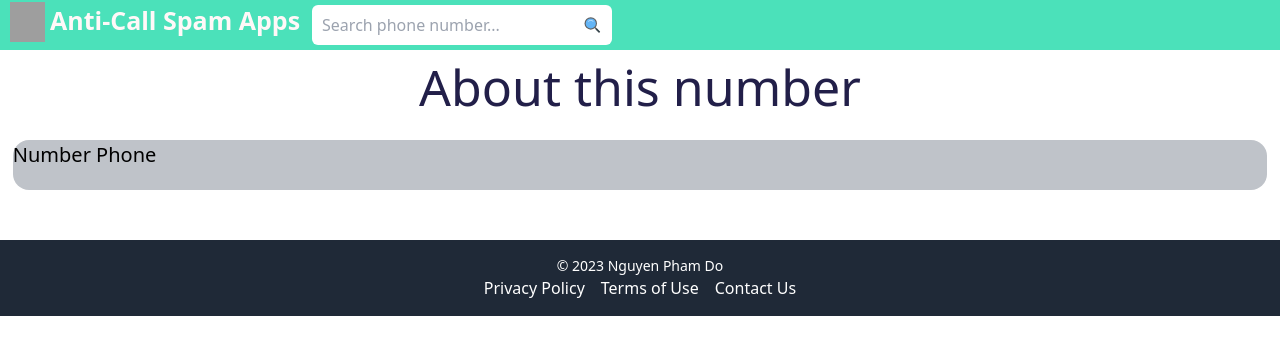
Repository: NPham1402/Web-user-callSpamBlocker
Page: /detail
These files come from the project's save history. The page is drawn as it stood at one moment and after the next save; the edit follows.
The browser window is 1280 px wide. The pictures show the whole page.
Pictures or frames that could not be fetched are drawn as grey boxes. The page's requests for data from a server got no answer. The project was rebuilt for these pictures with package versions that can differ from the ones it lists, and the page was loaded fresh each time. The framework's server and built-in components were replaced by stand-ins that run in the browser. No one was signed in, and anything a server would have sent is missing. Also part of the build but not shown: next.config.js.

Above is the page before, as saved 2023-02-11 12:49:37.

### pages/detail.js
import axios from "axios";
import Head from "next/head";
import { useRouter } from "next/router";
import React, { useEffect } from "react";
import { FcSearch } from "react-icons/fc";
function detail() {
  const router = useRouter();
  const {
    query: { id },
  } = router;
  useEffect(() => {
    axios.get("");
  }, []);
  return (
    <>
      {" "}
      <Head>
        <title>Check number spam</title>
        <meta name="description" content="Generated by create next app" />
        <meta name="viewport" content="width=device-width, initial-scale=1" />
        <link rel="icon" href="/favicon.ico" />
      </Head>
      <main className="relative">
        <div className="w-100 pl-[10px] pt-[2px] flex flex-row h-[50px] bg-[#4BE1BA]">
          <img
            src="https://static.callblocker.org/img/logo.png"
            className=" w-[35px] h-[40px]"
          />
          <p className="pl-[5px] pt-[6px] leading-none font-Raleway font-bold text-[25px] text-[#FFF8F8] ">
            Anti-Call Spam Apps
          </p>
          <div className="flex flex-row p-[10px] rounded-[6px]  w-[300px] h-[40px] ml-[12px] mt-[3px] bg-white">
            <input
              className="w-full h-full outline-none"
              placeholder="Search phone number..."
            />
            <FcSearch className="text-[20px] cursor-pointer" />
          </div>
        </div>
        <p className=" font-medium text-[50px] text-center text-[#221f49] ">
          About this number
        </p>
        <div className="w-[98%] my-[15px] rounded-[16px]  mx-auto h-[50px] bg-[#bfc3c9]">
          <div className="flex flex-row">
            <p className="text-[20px]">Number Phone</p>
          </div>
        </div>
      </main>
      <footer class="bg-gray-800 mt-[50px] text-white py-4">
        <div class="container mx-auto">
          <p class="text-center text-sm">&copy; 2023 Nguyen Pham Do</p>
          <div class="flex justify-center">
            <a href="#" class="text-white mx-2">
              Privacy Policy
            </a>
            <a href="#" class="text-white mx-2">
              Terms of Use
            </a>
            <a href="#" class="text-white mx-2">
              Contact Us
            </a>
          </div>
        </div>
      </footer>
    </>
  );
}

export default detail;

### styles/globals.css
@tailwind base;
@tailwind components;
@tailwind utilities;
@import url('https://fonts.googleapis.com/css2?family=Raleway:ital&display=swap');

Loaded but not shown: pages/_app.js (common file); pages/_document.js (common file); tailwind.config.js (common file)

After the next save:
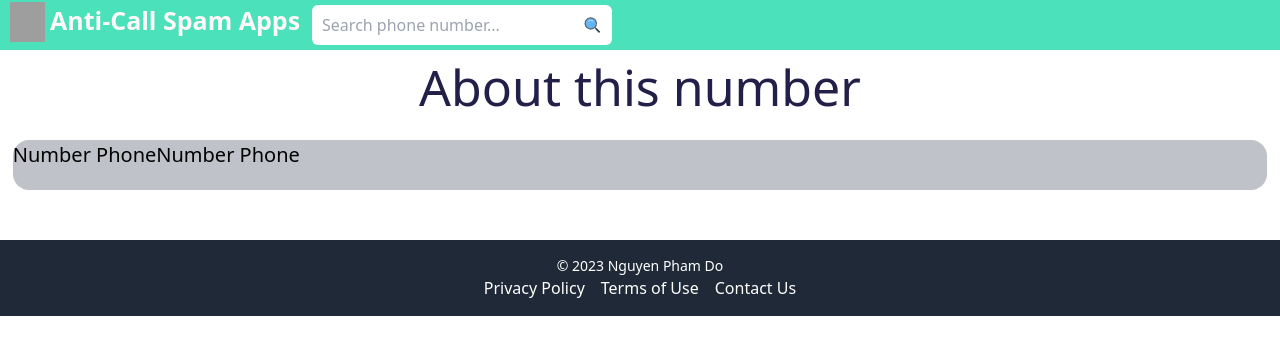
Saved 11 s later.
--- a/pages/detail.js
+++ b/pages/detail.js
@@ -43,6 +43,7 @@ function detail() {
         <div className="w-[98%] my-[15px] rounded-[16px]  mx-auto h-[50px] bg-[#bfc3c9]">
           <div className="flex flex-row">
             <p className="text-[20px]">Number Phone</p>
+            <p className="text-[20px]">Number Phone</p>
           </div>
         </div>
       </main>
